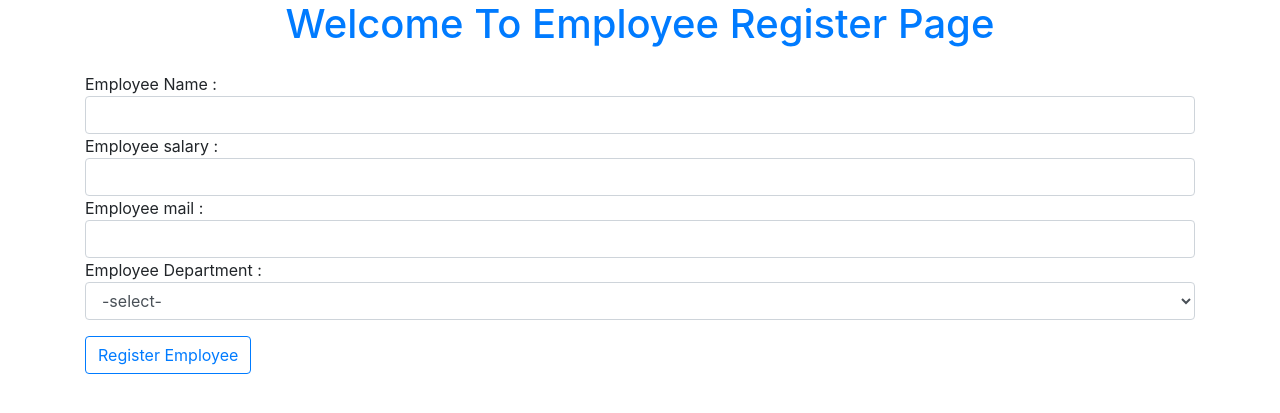
Repository: lokeshsukhwal/EmployeeMiniProject
Page: http://localhost/EmployeeRegister
The author's editor kept a copy of each file at every save. The page is drawn from the files as they stood at one save, then again after the next save.
The browser window is 1280 px wide. The pictures show the whole page.
The page is this project's Thymeleaf template; nobody is signed in. The template is opened directly, without the code that normally fills it, so the values that code supplies are empty.

Above is the page before, as saved 2023-01-18 13:20:58.

### SpringBootMvc-ThymeleafMySqlCrudMiniProject/src/main/resources/templates/EmployeeRegister.html
<!DOCTYPE html>
<html xmlns:th="https://www.thymeleaf.org/">
<head>
<meta charset="ISO-8859-1">
<title>Employee register page</title>
<!-- Latest compiled and minified CSS -->
<link rel="stylesheet" href="https://cdn.jsdelivr.net/npm/bootstrap@4.6.2/dist/css/bootstrap.min.css">
</head>
<body>
<div class="container">
	<h1 class=" text-primary text-center">Welcome To Employee Register Page</h1>
		<form th:action="@{/employee/save}" method="POST" class="mt-4 form smtb-5">

			Employee Name : <input type="text" name="empName"class="form-control">

			Employee salary : <input type="text" name="empSalary"class="form-control">

			Employee mail : <input type="email" name="empMail"class="form-control">

			Employee Department : <select name="department" class="form-control">
										<option value="#">-select-</option>
										<option value="dev">DEV</option>
										<option value="ba">BA</option>
										<option value="qa">QA</option>
								  </select>

		<button type="submit" class="btn btn-outline-primary mt-3">Register Employee</button>

		</form>


		<h4 th:text="${message}" class="bg-success text-white mt-4 text-center"></h4>
	</div>

</body>
</html>

After the next save:
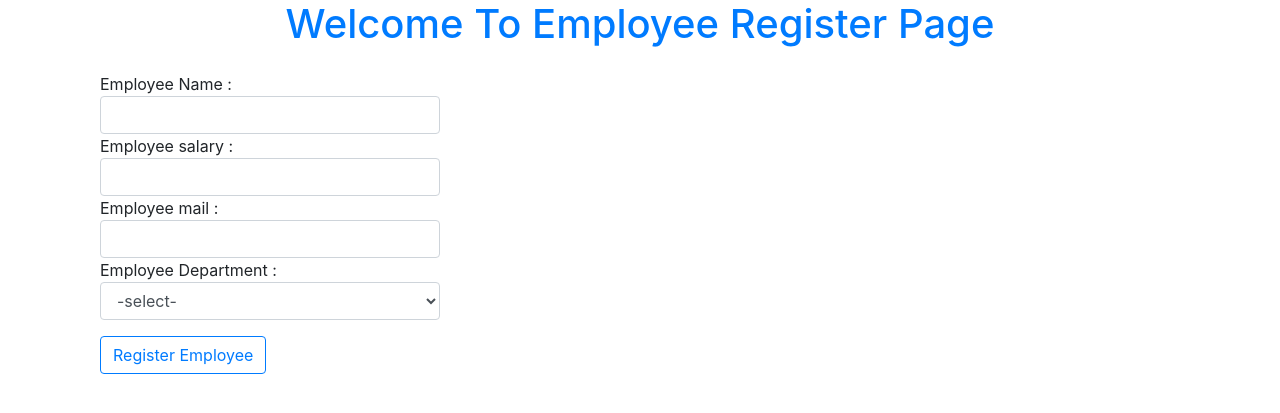
Saved 58 s later.
--- a/SpringBootMvc-ThymeleafMySqlCrudMiniProject/src/main/resources/templates/EmployeeRegister.html
+++ b/SpringBootMvc-ThymeleafMySqlCrudMiniProject/src/main/resources/templates/EmployeeRegister.html
@@ -9,7 +9,7 @@
 <body>
 <div class="container">
 	<h1 class=" text-primary text-center">Welcome To Employee Register Page</h1>
-		<form th:action="@{/employee/save}" method="POST" class="mt-4 form smtb-5">
+		<form th:action="@{/employee/save}" method="POST" class="mt-4 form col-sm-4">
 
 			Employee Name : <input type="text" name="empName"class="form-control">
 
